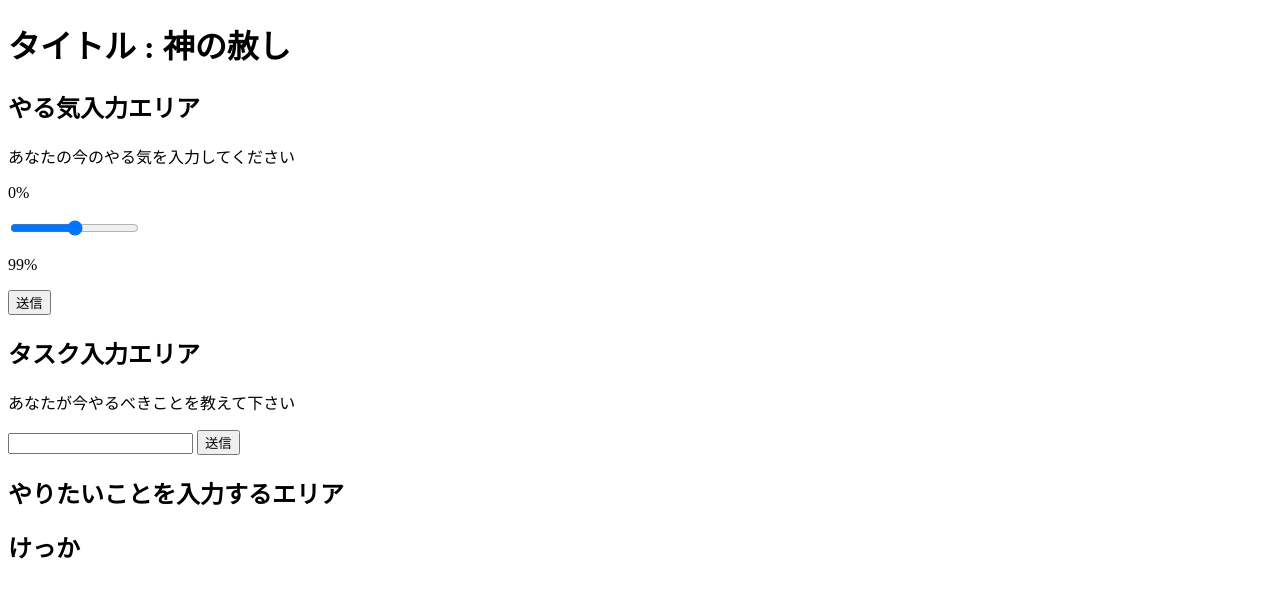
Repository: masa0306/god_forgiveness
Page: index.html
These files come from the project's save history. The page is drawn as it stood at one moment and after a run of saves; the edit follows.
The browser window is 1280 px wide. The pictures show the whole page.

Above is the page before, as saved 2024-05-14 23:14:58.

After the next 5 saves:
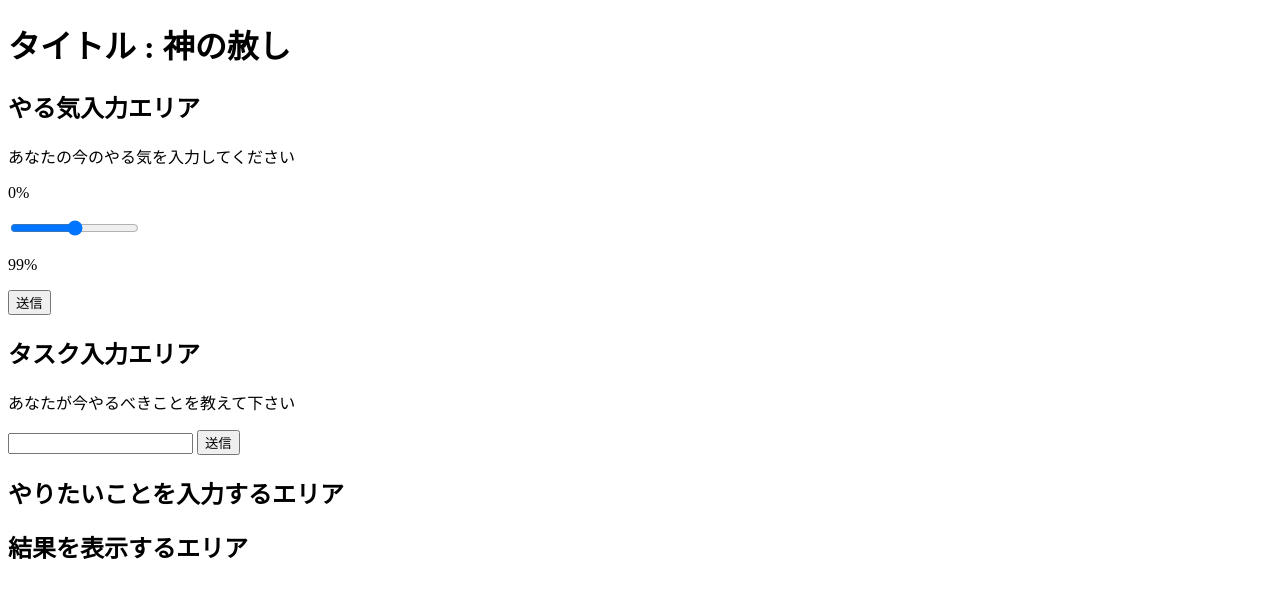
The 5 saves are shown as one change because they came seconds apart.
The last was saved 15 s later.
--- a/index.html
+++ b/index.html
@@ -29,7 +29,9 @@
 
     </div>
 
-    <div><h2>けっか</h2></div>
+    <div>
+        <h2>結果を表示するエリア</h2>
+    </div>
     <script src="https://ajax.googleapis.com/ajax/libs/jquery/3.7.0/jquery.min.js"></script>
     <script src="/js/script.js"></script>
 
